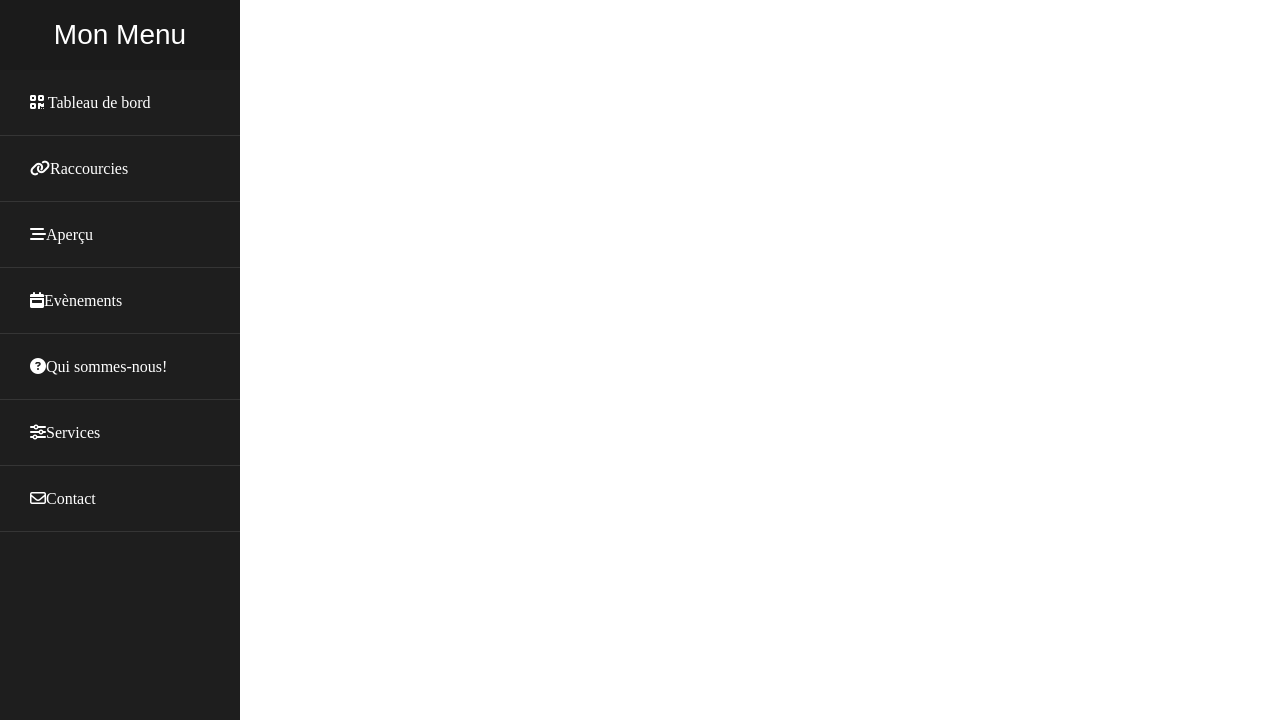
Repository: Alex-Serky/Dossier-Nav
Page: Nav-Responsive/index.html
The author's editor kept a copy of each file at every save. The page is drawn from the files as they stood at one save, then again after the next save.
The browser window is 1280 px wide. The pictures show the whole page.
Some web fonts or font styles are not loaded; a fallback is used. Some web libraries are served in a nearby version.

Above is the page before, as saved 2020-02-21 19:17:13.

After the next save:
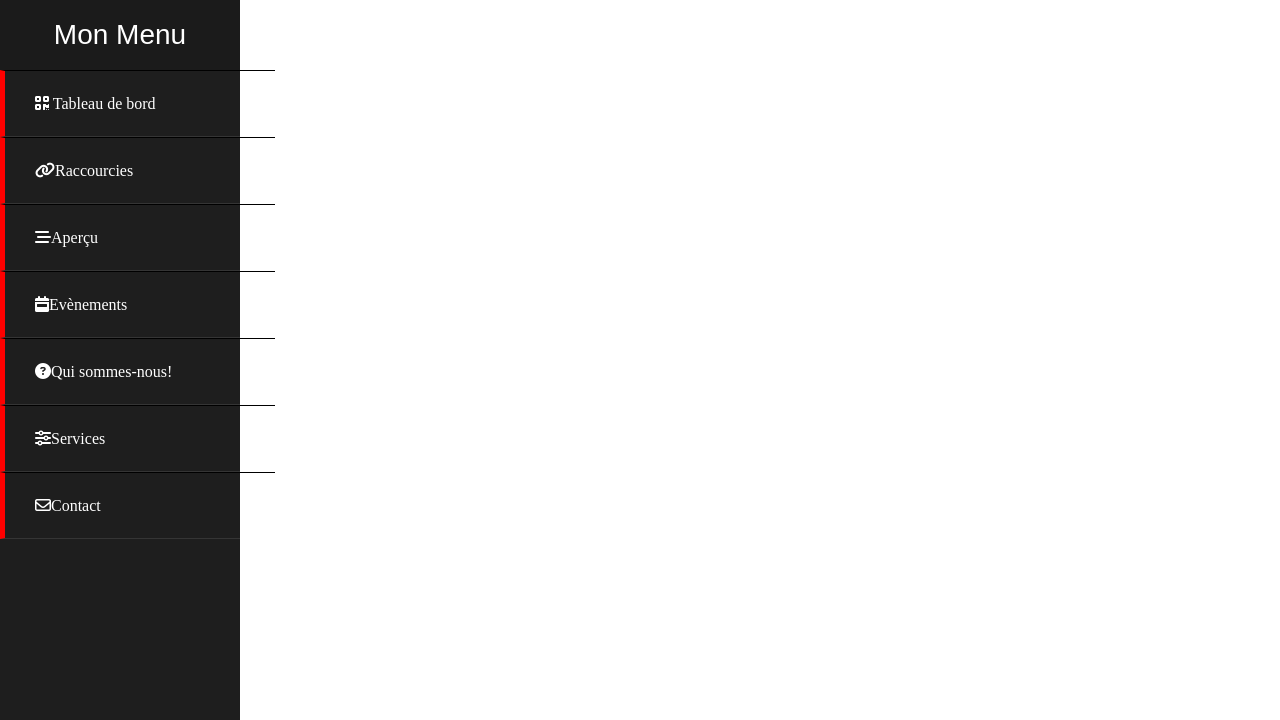
Saved 3 min 53 s later.
--- a/Nav-Responsive/style.css
+++ b/Nav-Responsive/style.css
@@ -31,4 +31,6 @@
     line-height: 65px;
     padding-left: 30px;
     border-bottom: 1px solid rgba(255, 255, 255, .1);
+    border-top: 1px solid black;
+    border-left: 5px solid red;
 }
